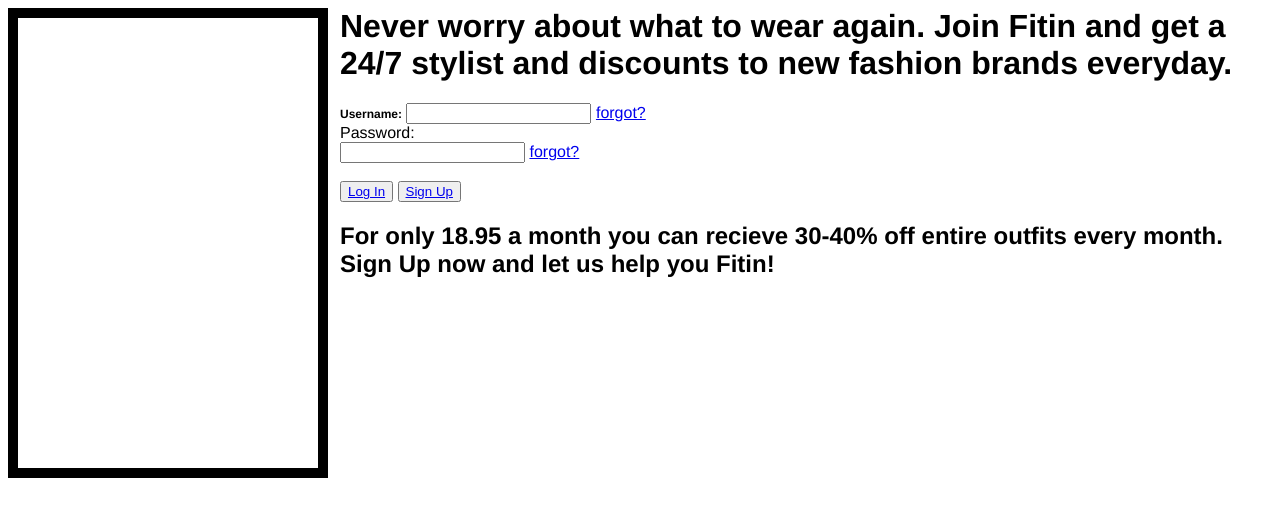
Repository: kesquili/kesquili.github.io
Page: fitin/login.html
The author's editor kept a record of every edit. The page is drawn from the files as they stood at one moment, then again after the next edit.
The browser window is 1280 px wide. The pictures show the whole page.

Above is the page before.

### fitin/login.html
 <html>
  <head>
  <title>Fitin: A Men's Styling Brand</title>
  <link rel="stylesheet" href="styles.css">
  </head>
<body>
    <div class="sideimage">
    </div>
    <div class="welcome">
       <h1>Never worry about what to wear again. Join Fitin and get a 24/7 stylist and discounts to new fashion brands everyday. </h1>
    </div>
     <div>
         <form action="action_page.php">
            <h6>Username:</h6>
            <input type="text" name="usename"> <a href="#"> forgot? </a>
            <br>
            Password:<br>
            <input type="text" name="password"> <a href="#"> forgot? </a>
            <br><br>
            <button type="login"><a href="styling.html">Log In</a></button>
            <button type="signup"><a href="signup.html">Sign Up</a></button> <br>
            </form>
     </div>
        <div class="closer">
       <h2> For only 18.95 a month you can recieve 30-40% off entire outfits every month. Sign Up now and let us help you Fitin!</h2>
       </div>
</body>

### fitin/styles.css
body {
font: 14px;
font-family: Helvetica, sans-serif;
}

.results h4{
    border: 5px;
    border-color: black;
    border-style: solid;
    margin:30px;
    width: 200px;
    height: 300px;
    float: left;
}

.breakdown h4{
    border: 5px;
    border-color: black;
    border-style: solid;
    margin:30px;
    width: 100px;
    height: 200px;
    float: left;
    position: relative;
}

.sideimage {
    border: 10px solid black;
    width: 300px;
    height: 450px;
    float: left;
    margin-right: 12px;
}
.signup{
    margin-left: 20px;
    float: left;

}
.sell{
    max-width: 500px;
    display: inline;
    position: relative;
}
h6{
    font-size: 12px;
    font-family: Helvetica, sans-serif;
    padding: 0;
    display: inline;
    text-align: right;
}
nav{
    text-align: center;
    position: relative;
}
ul {
    list-style: none;
    padding: 0px;
    margin: 0px;
}

ul li {
    display: block;
    position: relative;
    float: left;
    border: 1px solid #000
}

li ul {
    display: none;
}

ul li a {
    display: block;
    background: #000;
    padding: 5px 10px 5px 10px;
    text-decoration: none;
    white-space: nowrap;color: #fff;
}

ul li a:hover {
    background: gray;
}

li:hover ul {
    display: block;
    position: absolute;
}

li:hover li {
    float: none;
}

li:hover a {
    background: gray;
}

li:hover li a:hover {
    background: #000;
}

nav li ul li {
      border-top: 0px;
  }

After the next edit:
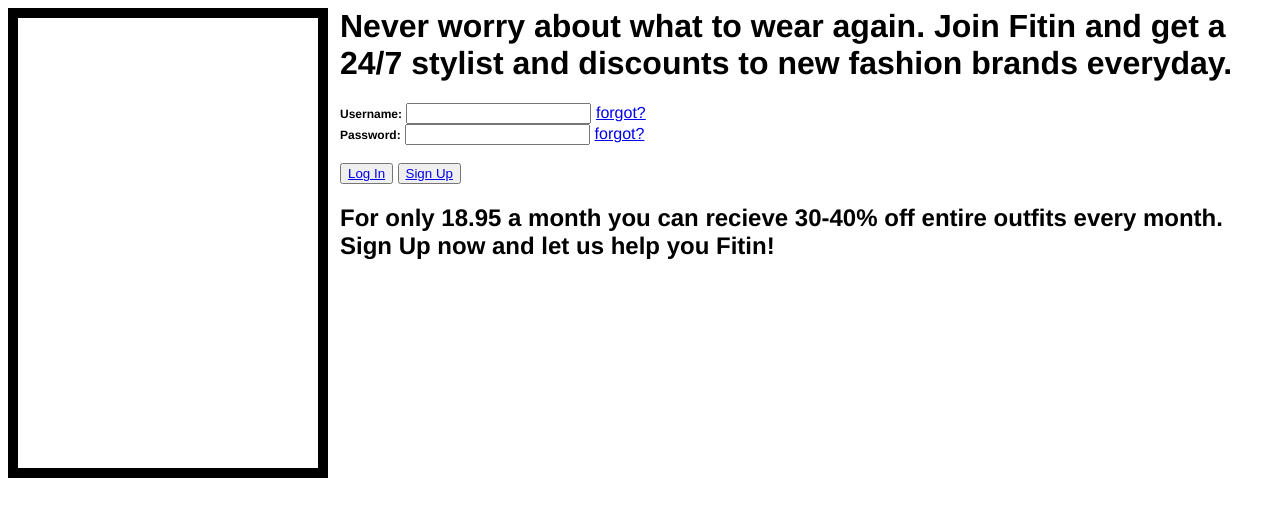
The edit:
--- a/fitin/login.html
+++ b/fitin/login.html
@@ -14,7 +14,7 @@
             <h6>Username:</h6>
             <input type="text" name="usename"> <a href="#"> forgot? </a>
             <br>
-            Password:<br>
+            <h6>Password:</h6>
             <input type="text" name="password"> <a href="#"> forgot? </a>
             <br><br>
             <button type="login"><a href="styling.html">Log In</a></button>
